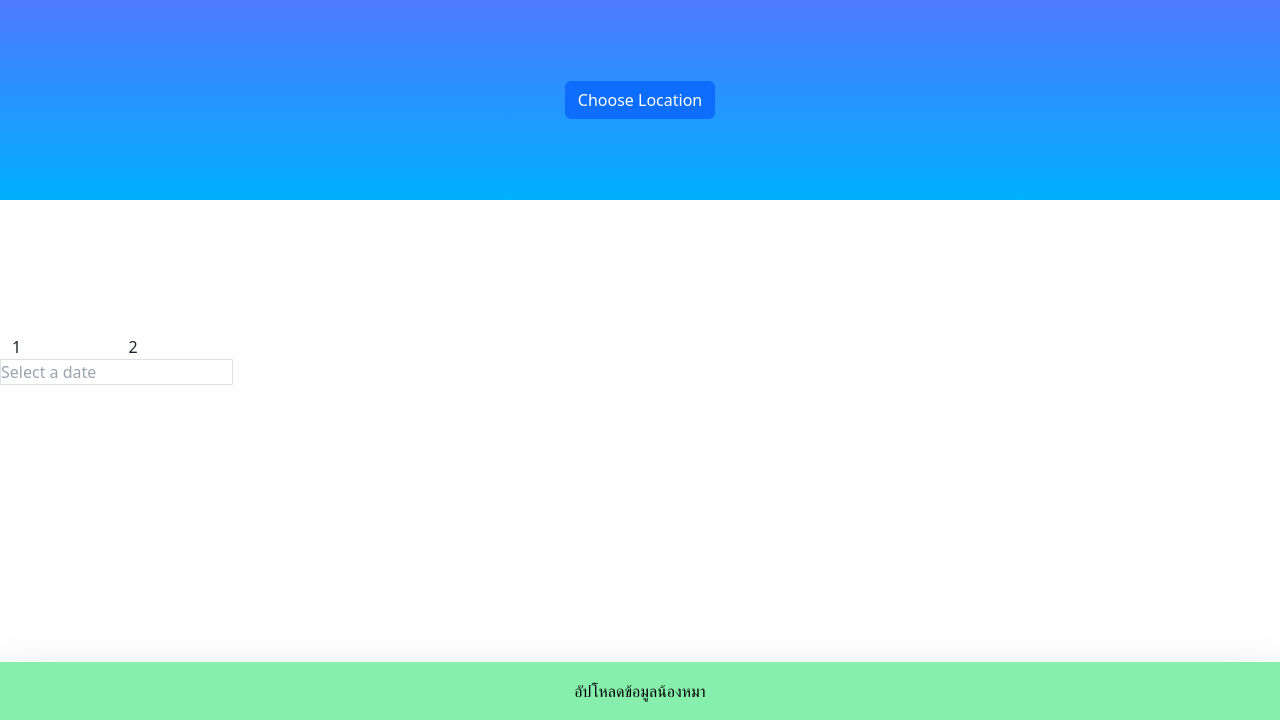
Repository: NNCZ12/nongmah_project_27-12-22
Page: /profile (app in frontend/)
These files come from the project's save history. The page is drawn as it stood at one moment and after the next save; the edit follows.
The browser window is 1280 px wide. The pictures show the whole page.
Some web fonts or font styles are not loaded; a fallback is used. The project was rebuilt for these pictures with package versions that can differ from the ones it lists, and the page was loaded fresh each time. Also part of the build but not shown: frontend/vite.config.js, frontend/src/pages/Welcome.jsx, frontend/src/components/ProfileForm.jsx.

Above is the page before, as saved 2022-12-29 09:45:00.

### frontend/index.html
<!DOCTYPE html>
<html lang="en">
  <head>
    <meta charset="UTF-8" />
    <link rel="icon" type="image/svg+xml" href="/vite.svg" />
    <link
      rel="stylesheet"
      href="https://cdn.jsdelivr.net/npm/bootstrap@5.2.3/dist/css/bootstrap.min.css"
      integrity="sha384-rbsA2VBKQhggwzxH7pPCaAqO46MgnOM80zW1RWuH61DGLwZJEdK2Kadq2F9CUG65"
      crossorigin="anonymous"
    />
    <link rel="stylesheet" href="https://rsms.me/inter/inter.css" />
    <meta name="viewport" content="width=device-width, initial-scale=1.0" />
    <title>Vite + React</title>
  </head>
  <body>
    <div id="root"></div>
    <script type="module" src="/src/main.jsx"></script>
    <!-- <script src="../path/to/flowbite/dist/datepicker.js"></script> -->
  </body>
</html>

### frontend/src/main.jsx
import React from "react";
import ReactDOM from "react-dom/client";
import App from "./App";
import "./index.css";
import { BrowserRouter as Router } from "react-router-dom";

ReactDOM.createRoot(document.getElementById('root')).render(
  <React.StrictMode>
    <Router>
      <App />
    </Router>
  </React.StrictMode>,
)

### frontend/src/App.jsx
import React from "react";
import 'bootstrap/dist/css/bootstrap.min.css';
import Welcome from "./pages/Welcome";
import {  Routes, Route} from 'react-router-dom';
import ProfileList from './pages/ProfileList';

function App() {

  return (
    <>
    <Routes>
      <Route index element={<Welcome />} />
          <Route path="/profile" element={<ProfileList />} />
      </Routes>
    </>
  )
}

export default App

### frontend/src/index.css
@tailwind base;
@tailwind components;
@tailwind utilities;

:root {
  font-family: Inter, Avenir, Helvetica, Arial, sans-serif;
  font-size: 16px;
  line-height: 24px;
  font-weight: 400;

  color-scheme: light dark;
  color: rgba(0, 0, 0, 0.87);
  background-color: #ffffff;

  font-synthesis: none;
  text-rendering: optimizeLegibility;
  -webkit-font-smoothing: antialiased;
  -moz-osx-font-smoothing: grayscale;
  -webkit-text-size-adjust: 100%;
}

a {
  font-weight: 500;
  color: #646cff;
  text-decoration: inherit;
}
a:hover {
  color: #535bf2;
}

body {
  margin: 0;
  display: flex;
  place-items: center;
  min-width: 320px;
  min-height: 100vh;
}

h1 {
  font-size: 3.2em;
  line-height: 1.1;
}

button {
  border-radius: 8px;
  border: 1px solid transparent;
  padding: 0.6em 1.2em;
  font-size: 1em;
  font-weight: 500;
  font-family: inherit;
  background-color: #1a1a1a;
  cursor: pointer;
  transition: border-color 0.25s;
}
button:hover {
  border-color: #646cff;
}
button:focus,
button:focus-visible {
  outline: 4px auto -webkit-focus-ring-color;
}

@media (prefers-color-scheme: light) {
  :root {
    color: #213547;
    background-color: #ffffff;
  }
  a:hover {
    color: #747bff;
  }
  button {
    background-color: #f9f9f9;
  }
}

### frontend/src/pages/ProfileList.jsx
import React, { useState } from "react";
import Button from "react-bootstrap/Button";
import Modal from "react-bootstrap/Modal";
import { Container, Form, Row, Col } from "react-bootstrap";
import ProfileForm from "../components/ProfileForm";
import DateSelect from "../components/DateSelect";

function ProfileList(props) {
  const [show_map, setShowMap] = useState(false);
  const handleCloseMap = () => setShowMap(false);
  const handleShowMap = () => setShowMap(true);

  const [show_form, setShowForm] = useState(false);
  const handleCloseForm = () => setShowForm(false);
  const handleShowForm = () => setShowForm(true);
  return (
    <>
      {/* Gradient Container */}
      <Container
        fluid
        style={{
          position: "fixed",
          top: 0,
          width: "100%",
          height: "200px",
          display: "flex",
          justifyContent: "center",
          alignItems: "center",
          background: "linear-gradient(to bottom, #4d79ff, #00b0ff)",
        }}
      >
        {/* Map Modal */}
        <Button variant="primary" onClick={handleShowMap}>
          Choose Location
        </Button>

        <Modal
          show={show_map}
          onHide={handleCloseMap}
          backdrop="static"
          keyboard={false}
          fullscreen={true}
        >
          <Modal.Header closeButton>
            <Modal.Title>Choose Location in Map</Modal.Title>
          </Modal.Header>
          <Modal.Body>
            <iframe
              src="https://www.google.com/maps/embed?pb=!1m10!1m8!1m3!1d61693.732755014666!2d102.0165!3d14.8892!3m2!1i1024!2i768!4f13.1!5e0!3m2!1sth!2sth!4v1671588919621!5m2!1sth!2sth"
              width="100%"
              height="100%"
              style={{ border: "0" }}
              allowfullscreen=""
              loading="lazy"
              referrerpolicy="no-referrer-when-downgrade"
            ></iframe>
          </Modal.Body>
          <Modal.Footer>
            <Button variant="secondary" onClick={handleCloseMap}>
              Close
            </Button>
            <Button variant="primary">Understood</Button>
          </Modal.Footer>
        </Modal>
      </Container>

      {/* Upload Button */}
      <div>
        <button
          onClick={handleShowForm}
          className="bottom-0 position-fixed w-[100%] rounded-none bg-green-300 py-3 shadow-lg text-black"
        >
          อัปโหลดข้อมูลน้องหมา
        </button>
        <Modal
          show={show_form}
          onHide={handleCloseForm}
          centered
          backdrop="static"
          size='xl'
        >
          <Modal.Header closeButton>
            <Modal.Title>Modal heading</Modal.Title>
          </Modal.Header>

          <Modal.Body >
            <ProfileForm/>
          </Modal.Body>
          <Modal.Footer>
            <Button variant="secondary" onClick={handleCloseForm}>
              Close
            </Button>
            <Button variant="primary" onClick={handleCloseForm}>
              Save Changes
            </Button>
          </Modal.Footer>
        </Modal>
      </div>
      {/* Dog List */}
      <Container>
      <Row>
        <Col>1</Col>
        <Col>2</Col>
      </Row>
      </Container>
      <DateSelect></DateSelect>
    </>
  );
}

export default ProfileList;

### frontend/src/components/DateSelect.jsx
import { React, useState } from "react";
import DatePicker from "react-datepicker";
import "react-datepicker/dist/react-datepicker.css";
import { Form } from "react-bootstrap";
function DateSelect() {
  const [selectedDate, setSelectedDate] = useState(null);

  return (
    <Form.Group>
      <DatePicker
        className="bg-white border text-black"
        selected={selectedDate}
        onChange={(date) => setSelectedDate(date)}
        placeholderText="Select a date"
      />
    </Form.Group>
  );
}

export default DateSelect;

Loaded but not shown: frontend/tailwind.config.cjs (common file)

After the next save:
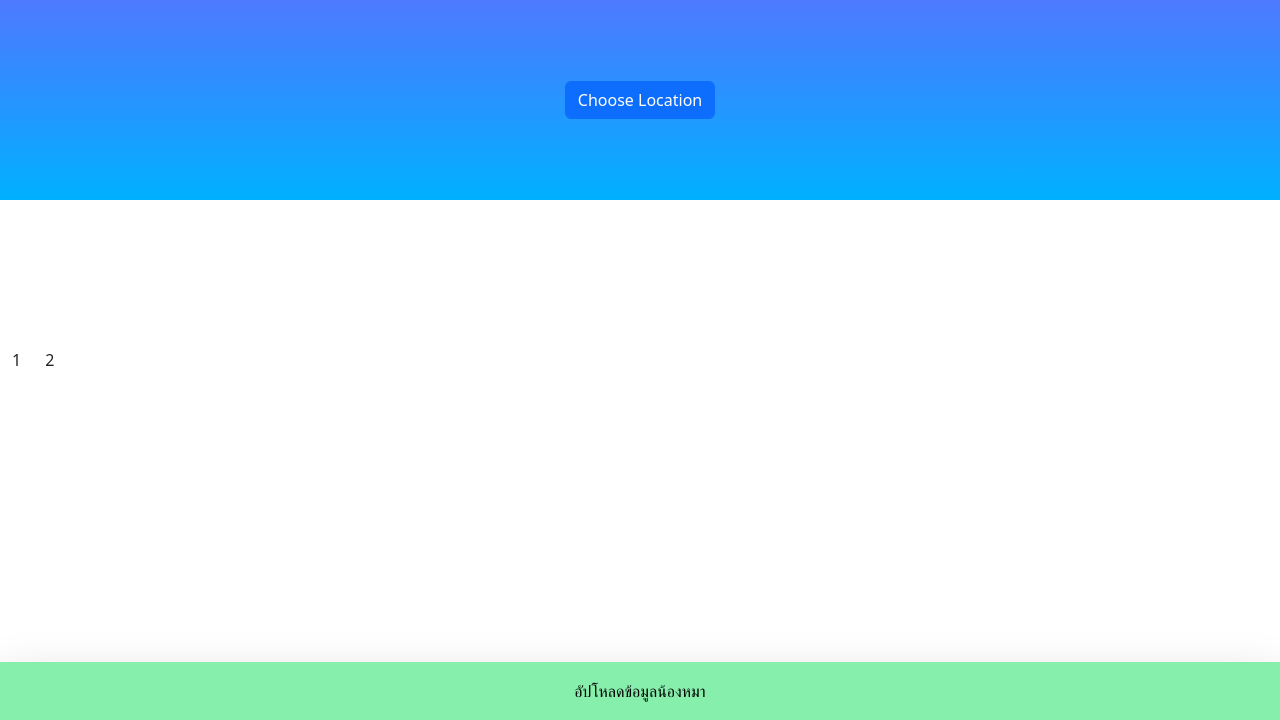
Saved 47 s later.
--- a/frontend/src/pages/ProfileList.jsx
+++ b/frontend/src/pages/ProfileList.jsx
@@ -103,7 +103,7 @@ function ProfileList(props) {
         <Col>2</Col>
       </Row>
       </Container>
-      <DateSelect></DateSelect>
+
     </>
   );
 }
